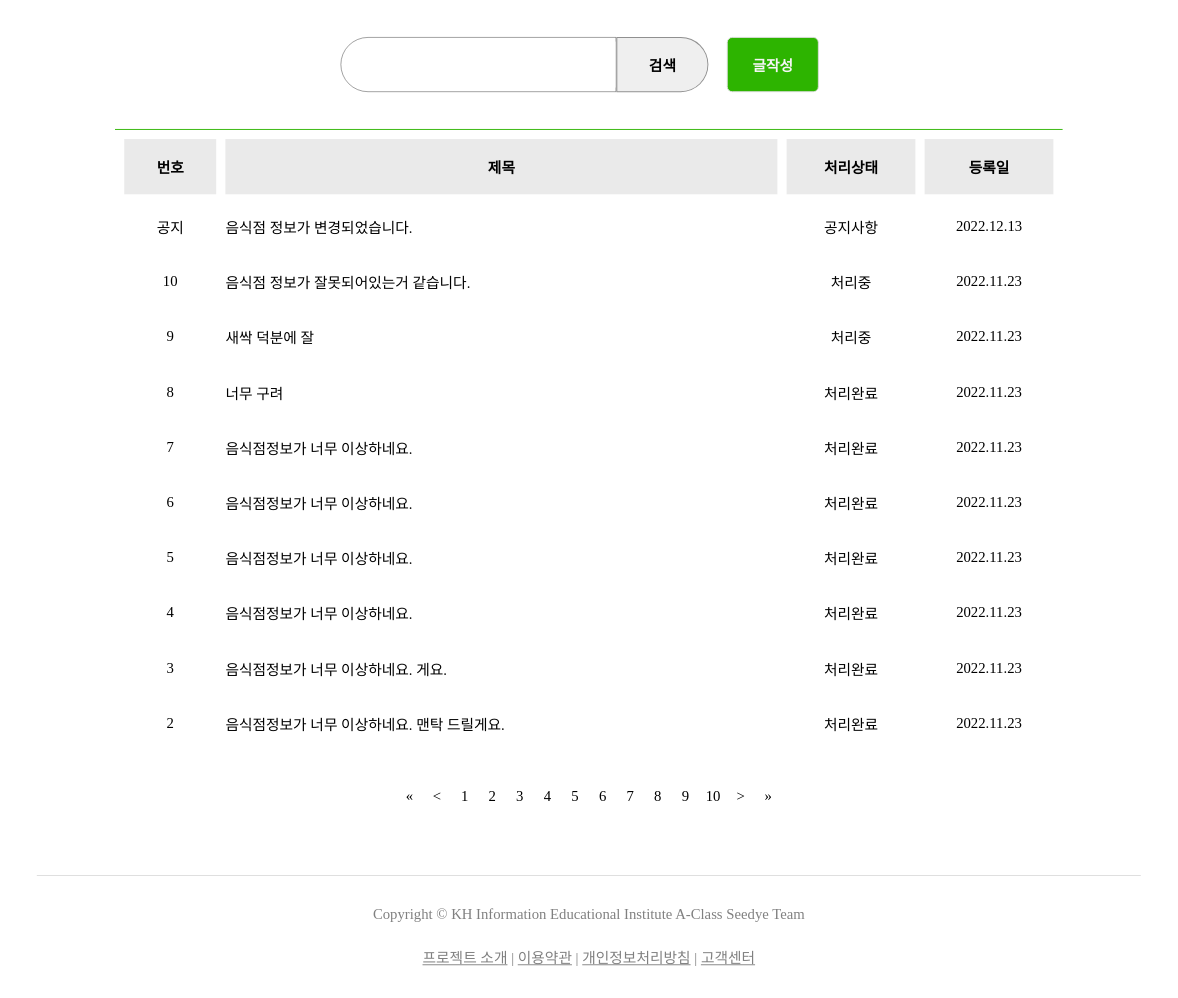
Repository: Seedye/Seedye
Page: team/src/main/webapp/html/board/board-list.html
The author's editor kept a copy of each file at every save. The page is drawn from the files as they stood at one save, then again after the next save.
The browser window is 1280 px wide. The pictures show the part of the page from y = 423 to 1508 px (the page is 1508 px tall before and 1388 px after), at 92% of full size.
Some web fonts or font styles are not loaded; a fallback is used.

Above is the page before, as saved 2022-12-14 19:18:15.

### team/src/main/webapp/html/board/board-list.html
<!DOCTYPE html>
<html lang="en">
<head>
    <meta charset="UTF-8">
    <meta http-equiv="X-UA-Compatible" content="IE=edge">
    <meta name="viewport" content="width=device-width, initial-scale=1.0">
    <title>boardList</title>
    <link rel="stylesheet" href="../../resources/css/header.css">
    <link rel="stylesheet" href="../../resources/css/boardList-style.css">
</head>
<body>
  <header>
        <!-- 헤더 -->
        <section id="header-container">
            <!-- 로고 -->
            <section id="logo-section">
                <a href="#"><img id="logo" src="../../resources/images/새싹이.png"></a>
                <a href="#" id="logo-content">새싹이</a>
            </section>
            <!-- 메뉴창 -->
            <nav id="nav-bar">
                <ul>
                    <li><a href="#"></a>공지사항</li>
                <li><a href="#"></a>커뮤니티</li>
                <li><a href="#"></a>소개</li>
                <li><a href="#"></a>식당 등록 문의</li>
                <li><a href="#"></a>후원</li>
                <li><a href="#"></a>업데이트</li>
                <li><a href="#"></a>관리자</li>
            </ul>
        </nav>
    </section>
    </header>
    <main>
      <!-- board 영역 -->
      <section class="board-body-area">
        <div class="board-title">
          <img src="../../resources/images/children-g5ba4d1b54_1920.jpg" alt="">
          <p>커뮤니티</p>
        </div>

        <!-- 검색 -->
        <div class="board-list-serch-write-area">
          <!-- 검색어 입력 input -->
          <div class="board-list-serch">
            <input type="text" >
          </div>
          <!-- 검색 버튼 -->
          <button>검색</button>
          <!-- 글작성 버튼 -->
          <div class="board-write-btn">글작성</div>
        </div>

        <!-- 게시글 리스트 영역 -->
        <div class="board-list-area">
          <!-- 게시글 나타나는 테이블 -->
          <table class="board-list-table">
            <thead class="board-list-thead">
              <th>번호</th>
              <th>제목</th>
              <th>처리상태</th>
              <th>등록일</th>
            </thead>
            <tbody>

              <!-- 공지 -->
              <tr>
                <td>공지</td>
                <td>음식점 정보가 변경되었습니다.</td>
                <td>공지사항</td>
                <td>2022.12.13</td>
      <!-- colspan="2" -->
              </tr>

              <!-- 게시물 -->
              <tr>
                <td>10</td>
                <td>음식점 정보가 잘못되어있는거 같습니다.</td>
                <td>처리중</td>
                <td>2022.11.23</td>
              </tr>

              <tr>
                <td>9</td>
                <td>새싹 덕분에 잘 </td>
                <td>처리중</td>
                <td>2022.11.23</td>
              </tr>

              <tr>
                <td>8</td>
                <td>너무 구려</td>
                <td>처리완료</td>
                <td>2022.11.23</td>
              </tr>

              <tr>
                <td>7</td>
                <td>음식점정보가 너무 이상하네요. </td>
                <td>처리완료</td>
                <td>2022.11.23</td>
              </tr>
              <tr>
                <td>6</td>
                <td>음식점정보가 너무 이상하네요.  </td>
                <td>처리완료</td>
                <td>2022.11.23</td>
              </tr>
              <tr>
                <td>5</td>
                <td>음식점정보가 너무 이상하네요.  </td>
                <td>처리완료</td>
                <td>2022.11.23</td>
              </tr>
              <tr>
                <td>4</td>
                <td>음식점정보가 너무 이상하네요. </td>
                <td>처리완료</td>
                <td>2022.11.23</td>
              </tr>
              <tr>
                <td>3</td>
                <td>음식점정보가 너무 이상하네요. 게요. </td>
                <td>처리완료</td>
                <td>2022.11.23</td>
              </tr>
              <tr>
                <td>2</td>
                <td>음식점정보가 너무 이상하네요. 맨탁 드릴게요. </td>
                <td>처리완료</td>
                <td>2022.11.23</td>
              </tr>

            </tbody>


          </table>

            <ul class="board-list-page-area">
              <li>&laquo;</li>
              <li>&lt;</li>
              <li class="board-list-page-no">1</li>
              <li class="board-list-page-no">2</li>
              <li class="board-list-page-no">3</li>
              <li class="board-list-page-no">4</li>
              <li class="board-list-page-no">5</li>
              <li class="board-list-page-no">6</li>
              <li class="board-list-page-no">7</li>
              <li class="board-list-page-no">8</li>
              <li class="board-list-page-no">9</li>
              <li class="board-list-page-no">10</li>
              <li>&gt;</li>
              <li>&raquo;</li>
            </ul>
            <!-- <div class="board-list-page-num"></div>
            <div class="board-list-page-num"></div> -->
          </div>

      </section>
    </main>

    <footer>
        <p>
            Copyright &copy; KH Information Educational Institute A-Class Seedye Team
        </p>
        <article>
            <a href="#">프로젝트 소개</a>
            <span>|</span>
            <a href="#">이용약관</a>
            <span>|</span>
            <a href="#">개인정보처리방침</a>
            <span>|</span>
            <a href="#">고객센터</a>
        </article>
    </footer>

</body>
</html>

### team/src/main/webapp/resources/css/header.css

@font-face {
    font-family: 'yg-jalnan';
    src: url('https://cdn.jsdelivr.net/gh/projectnoonnu/noonfonts_four@1.2/JalnanOTF00.woff') format('woff');
    font-weight: normal;
    font-style: normal;
}


@font-face {
    font-family: 'NIXGONM-Vb';
    src: url('https://cdn.jsdelivr.net/gh/projectnoonnu/noonfonts_six@1.2/NIXGONM-Vb.woff') format('woff');
    font-weight: normal;
    font-style: normal;
}

*{
    box-sizing: border-box;
    margin: 0;
    padding: 0;
}

body{
    display: flex;
    justify-content: center;
    align-items: center;
    flex-direction: column;
}


#logo-section{
    width: 1200px;
    display: flex;
    justify-content: center;
    align-items: center;
    margin-top: 20px;
}

#logo{
    width: 50px;
    height: 50px;
}

#logo-content{
    color: #2db400;
    -webkit-text-stroke: 1px white;
    text-decoration: none;
    font-weight: bold;
    font-family: yg-jalnan;
    font-size: 40px;
    padding-top: 10px;
}

#nav-bar{
    display: flex;
    justify-content: center;
    margin: 20px 0px  0px  0px;
}

#nav-bar > ul {
    width: 100%;
    display: flex;
    justify-content: space-between;
    font-weight: bold;
    border-bottom: 1px solid #ddd;
    padding: 0px 20px;
}

#nav-bar > ul > li{
    font-family: NIXGONM-Vb;
    float: left;
    display: flex;
    justify-content: center;
    padding: 20px 35px;
    border-radius: 6px;
    cursor: pointer;
    width: 170px;
    height: auto;
}

#nav-bar > ul > li:hover{
    background-color: rgba(45, 180, 0, 0.6);
    color: white;
    transition-duration: 0.3s;
}

footer {
    width: 1200px;
    height: 134px;
    color: gray;
    font-size: var(--small-font-size);
    padding: 20px 0;

    display: flex;
    flex-direction: column;
    justify-content: space-around;
    align-items: center;

    /* position: absolute; */
    bottom: 0;

    border-top: 1px solid #ddd;
  }

  footer a {
    color: gray;
  }

### team/src/main/webapp/resources/css/boardList-style.css
*{
  font-family: "NIXGONM-Vb";
}

.board-title{
  /* margin-top: 0; */
  width: 99vw;
  height: 250px;
  background-color: white;
  background-color: white;
  display: flex;
  justify-content: center;
  align-items: center;
  font-size: 40px;
}
.board-title > img{
  width: 100%;
  height: 100%;
  object-fit: cover;
  opacity:0.3;
}
.board-title > p{
  position: absolute;
}
/* 검색 영역 스타일 */
.board-list-serch-write-area{
  display: flex;
  align-items: center;
  justify-content: center;
  margin-top: 20px;
  margin-bottom: 20px;

}
.board-list-serch{
  width: 300px;
  height: 60px;
  border-radius: 30px 0 0 30px;
  border: 1px solid rgba(0, 0, 0, 0.4);

  display: flex;
    justify-content: end;
    align-items: center;
}
.board-list-serch > input{
  width: 260px;
  height: 50px;
  border: 0px;
  font-size: 20px;
}
.board-list-serch > input:focus{
  outline: none;

}
.board-list-serch-write-area > button{
  height: 60px;
  width: 100px;
  border-radius: 0 30px 30px 0;
  border: 1px solid rgba(0, 0, 0, 0.4);
  font-size: 16px;
  cursor: pointer;
  font-weight: bold;
}

.board-write-btn{
  margin: 20px;
  width: 100px;
  height: 60px;
  display: flex;
  align-items: center;
  border-radius: 6px;
  justify-content: center;
  border: 1px solid #ddd;
  cursor: pointer;
  background-color: #2db400;
  color: whitesmoke;
  font-size: 16px;
  font-weight: bold;
}
.board-write-btn:hover{
  transition-duration: 0.2s;
  background-color: #2aa800;
  box-shadow: 1px 1px 1px 1px rgb(206, 204, 204);
  border:none;
}
/* 테이블 스타일 */
.board-list-table{
  text-align: center;
  border-spacing: 10px;
  margin: auto;
  /* width: 90vw; */
  border-top: 1px solid #2db400;
}
/* .board-list-area{
  height: 500px;
} */
.board-list-thead{
  height: 60px;
  background-color: rgba(221, 221, 221, 0.623);
  /* background-color: #ddd; */
  /* background-color: whitesmoke; */
  border-top: 2px solid red;
}
.board-list-thead > tr{
  border: 2px solid red;
}
/* 게시글 번호 부분 */
.board-list-table > tbody > tr > td:first-child {
  width: 100px;
  height: 50px;
  cursor: pointer;
  /* background-color: blueviolet; */

  /* text-align: center; */
}
/* 게시물 제목 부분 */
.board-list-table > tbody > tr > td:nth-child(2){
  /* display: block; */
  width: 600px;
  height: 50px;
  text-align: left;
  cursor: pointer;

}
/* 게시글 처리상태/등록일 부분 */
.board-list-table > tbody > tr > td:nth-child(3),
.board-list-table > tbody > tr > td:nth-child(4){
  /* width: 140px; */
  min-width: 140px;
  height: 50px;
  cursor: pointer;
  /* background-color: red; */
}

/* {
  width: 140px;
  height: 50px;

} */

.board-list-table > tbody> tr{

  height: 50px;
}
.board-list-table > tbody> tr:hover{
  background-color: #ddd;

}
/* .board-list-table > tbody > tr > td:hover{
  background-color: #d8f0d0;
} */

/* 페이지 넘기기 스타일 */
.board-list-page-area{
  display: flex;
  justify-content: center;
  margin-top: 30px;
  margin-bottom: 70px;
}

.board-list-page-area>li{
  display: flex;
  justify-content: center;
  align-items: center;
  width: 30px;
  height: 30px;
  list-style:none;
  cursor: pointer;
  /* padding-left: 0px; */
}
.board-list-page-no:hover{
  /* background-color: #061a00; */
  border-bottom: 1px solid #2db400;
}

After the next save:
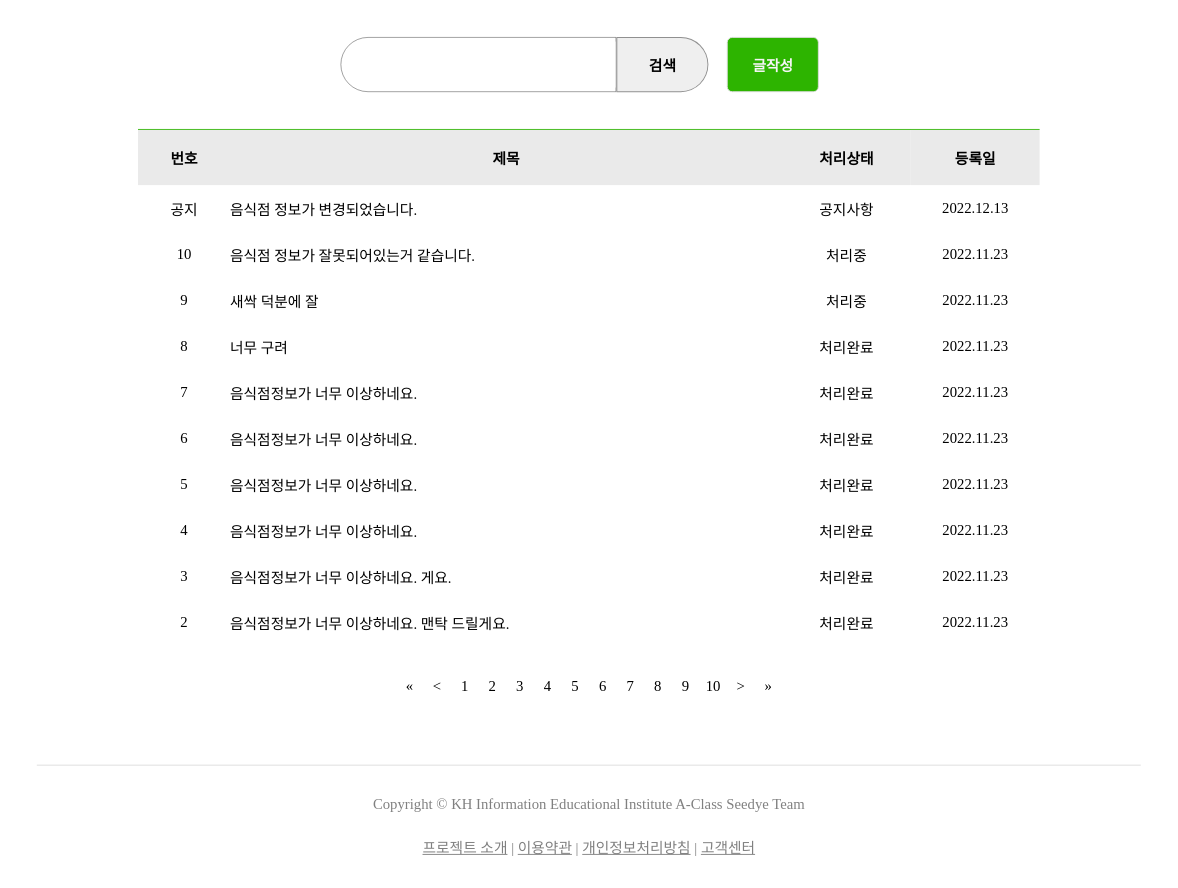
Saved 6 s later.
--- a/team/src/main/webapp/resources/css/boardList-style.css
+++ b/team/src/main/webapp/resources/css/boardList-style.css
@@ -85,7 +85,7 @@
 /* 테이블 스타일 */
 .board-list-table{
   text-align: center;
-  border-spacing: 10px;
+  border-spacing: 0;
   margin: auto;
   /* width: 90vw; */
   border-top: 1px solid #2db400;
